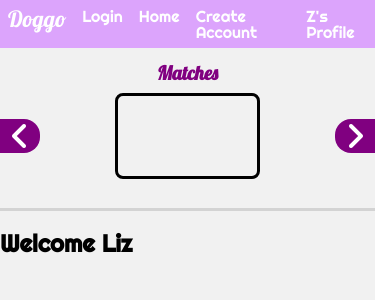
Repository: rh1456/capstone
Page: /1
An editor plug-in stored every save of this project. The page is shown before and after the next save, followed by the edit.
The browser window is 375 px wide. The pictures show the whole page.
Some web libraries are served in a nearby version. The project was rebuilt for these pictures with package versions that can differ from the ones it lists, and the page was loaded fresh each time. Also part of the build but not shown: src/pages/DoggoLandingPage.jsx, src/pages/CreateAccout.jsx, src/pages/DogProfile.jsx.

Above is the page before, as saved 2019-12-19 13:42:47.

### public/index.html
<!DOCTYPE html>
<html lang="en">
  <head>
    <meta charset="utf-8" />
    <link rel="shortcut icon" href="%PUBLIC_URL%/favicon.ico" />
    <meta
      name="viewport"
      content="width=device-width, initial-scale=1, shrink-to-fit=no"
    />
    <meta name="theme-color" content="#000000" />
    <!--
      manifest.json provides metadata used when your web app is added to the
      homescreen on Android. See https://developers.google.com/web/fundamentals/web-app-manifest/
    -->
    <link rel="manifest" href="%PUBLIC_URL%/manifest.json" />
    <!--
      Notice the use of %PUBLIC_URL% in the tags above.
      It will be replaced with the URL of the `public` folder during the build.
      Only files inside the `public` folder can be referenced from the HTML.

      Unlike "/favicon.ico" or "favicon.ico", "%PUBLIC_URL%/favicon.ico" will
      work correctly both with client-side routing and a non-root public URL.
      Learn how to configure a non-root public URL by running `npm run build`.
    -->
    <link
      href="https://fonts.googleapis.com/css?family=Pacifico|Permanent+Marker|Righteous|Roboto&display=swap"
      rel="stylesheet"
    />
    <link
      href="https://fonts.googleapis.com/css?family=Lobster&display=swap"
      rel="stylesheet"
    />
    <script
      src="https://kit.fontawesome.com/d7373701d1.js"
      crossorigin="anonymous"
    ></script>
    <title>Capstone</title>
  </head>
  <body>
    <noscript>
      You need to enable JavaScript to run this app.
    </noscript>
    <div id="root"></div>
    <!--
      This HTML file is a template.
      If you open it directly in the browser, you will see an empty page.

      You can add webfonts, meta tags, or analytics to this file.
      The build step will place the bundled scripts into the <body> tag.

      To begin the development, run `npm start` or `yarn start`.
      To create a production bundle, use `npm run build` or `yarn build`.
    -->
  </body>
</html>

### src/index.css
@media (min-width: 320px) and (max-width: 480px) {
  :root {
    font: 16px / 1 sans-serif;
  }

  html {
    height: 100%;
  }
  body {
    margin: 0;
    min-height: 100%;
    background-color: #f1f1f1;
    font-family: 'Righteous', cursive;
  }
  .nav-bar-ul {
    display: flex;
    flex-direction: row;
    justify-content: space-between;
    margin: 0;
    height: 3rem;
    background-color: #dca4fc;
    padding: 0;
  }
  nav li {
    list-style: none;
    padding: 0.5rem;
    color: white;
  }
  .nav-logo {
    font-size: 1.4rem;
    font-family: 'Lobster', cursive;
  }
  .Nav-link {
    color: white;
    text-decoration: none;
  }
  /* Dog profile Stylings */
  .dog-profile-image {
    display: flex;
    justify-content: center;
    /* border-bottom: solid lightgrey; */
  }
  .before-div {
    border: solid black;
    display: block;
    height: 18px;
    border-radius: 50% 50% 0 0;

    bottom: calc(100% - 10px);
    right: -5px;
    left: -5px;
    background-color: blue;
  }
  .profile-image {
    height: 12rem;
    width: 8rem;
    margin: 0;
    border-radius: 8px;
    margin: 0.7rem;
  }
  .profile-about {
    display: flex;
    flex-direction: column;
    height: 5rem;
    font-size: 0.7rem;
  }
  .profile-about h1 {
    align-self: center;
  }
  .profile-about span {
    align-self: center;
    padding: 0.1rem;
  }
  .in-between {
    border-top: solid lightgrey;
    border-bottom: solid lightgrey;
    height: 3rem;
    display: flex;
    justify-content: center;
  }
  .main-about {
    border-bottom: solid lightgrey;
  }
  .profile-logo {
    margin: 0.5rem;
    height: 2rem;
    width: auto;
  }
  .meet {
    display: flex;
    flex-direction: column;
  }
  .meet h1 {
    align-self: center;
  }
  .meet p {
    padding: 1rem;
    font-size: 0.9rem;
    align-self: center;
  }
  .small-pro-pic {
    align-self: center;
    height: 4rem;
    width: auto;
    border: 2px solid black;
    border-radius: 50%;
    margin-top: 0.8rem;
  }
  .match-button {
    align-self: center;
    background-color: purple;
    height: 1.8rem;
    width: 8rem;
    border-radius: 25px;
    border: 3px solid black;
    color: white;
  }

  /* Dog Landing Stylings */
  .doggo-landing-body {
    margin: 0;
    min-height: 100%;
    background-color: #f1f1f1;
    font-family: 'Righteous', cursive;
  }
  .landing-page-logo {
    display: flex;
    justify-content: center;
    align-content: center;
    flex-direction: column;
  }
  .doggo-logo {
    height: 180px;
    width: 238px;
    align-self: center;
  }
  .doggo-text-section {
    padding-top: 2rem;
    padding-bottom: 2rem;
  }
  .doggo-text {
    display: flex;
    justify-content: center;
    align-content: center;
    font-size: 2rem;
  }

  .landing-button {
    display: flex;
    justify-content: center;
    align-content: center;
  }
  .create-account {
    background-color: purple;
    height: 3rem;
    width: 15rem;
    border-radius: 25px;
    border: 3px solid black;
    color: white;
    font-family: 'Roboto', sans-serif;
  }
  .existing-users {
    display: flex;
    padding-top: 3rem;
    justify-content: center;
    align-content: center;
  }
  /* Create Account Stylings */
  .create-account-div {
    display: flex;
    flex-direction: column;
    font-size: 2rem;
  }
  .submit-account {
    margin-top: 1rem;
    align-self: center;
    background-color: purple;
    height: 1.8rem;
    width: 8rem;
    border-radius: 25px;
    border: 3px solid black;
    color: white;
  }

  /* Newsfeed Stylings */
  .h1-container {
    display: flex;
    justify-content: center;
    font-size: 0.8rem;
    color: purple;
    height: 1rem;
    font-family: 'Lobster', cursive;
  }
  .newsfeed-header {
    display: flex;
    flex-direction: row;
    justify-content: space-between;
    align-items: center;
    border-bottom: solid lightgrey;
    height: 9rem;
  }
  .friend-card {
    border: solid black;
    align-self: center;
    margin: 1rem 3rem;
    padding-left: 0.8rem;
    padding-right: 0.8rem;
    border-radius: 0.5rem;
    flex-basis: 30%;
    height: 5rem;
    /* width: 1rem; */
  }
  .feed-head-left-button,
  .feed-head-right-button {
    display: flex;
    justify-content: center;
    align-content: center;
    color: white;
    font-size: 2rem;
    width: 2.5rem;
    margin: 4rem 0rem;
    background-color: purple;
    border: none;
  }
  .feed-head-left-button {
    border-radius: 0rem 1rem 1rem 0rem;
  }
  .feed-head-right-button {
    border-radius: 1rem 0rem 0rem 1rem;
  }
  .welcome-user-message {
    display: flex;
  }
  .welcome-user-message h1 {
    align-self: center;
  }
}

### src/App.jsx
import React from 'react'
import { BrowserRouter as Router, Link, Route, Switch } from 'react-router-dom'
import MainPage from './pages/MainPage'
import DoggoLandingPage from './pages/DoggoLandingPage'
import CreateAccount from './pages/CreateAccout'
import DogProfile from './pages/DogProfile'

const App = () => {
  return (
    <Router>
      <header>
        <nav>
          <ul className="nav-bar-ul">
            <li className="nav-logo">Doggo</li>
            <li>
              <Link className="Nav-link" to="/">
                Login
              </Link>
            </li>
            <li>
              <Link className="Nav-link" to="/1">
                Home
              </Link>
            </li>
            <li>
              <Link className="Nav-link" to="/2">
                Create Account
              </Link>
            </li>
            <li>
              <Link className="Nav-link" to="/3">
                Z's Profile
              </Link>
            </li>
          </ul>
        </nav>
      </header>
      <Switch>
        <Route exact path="/" component={DoggoLandingPage}></Route>
        <Route exact path="/1" component={MainPage}></Route>
        <Route exact path="/2" component={CreateAccount}></Route>
        <Route path="/3" component={DogProfile}></Route>
      </Switch>
    </Router>
  )
}

export default App

### src/pages/MainPage.jsx
import React from 'react'

const MainPage = () => {
  return (
    <div className="news-feed-body">
      <section className="h1-container">
        <h1 className="matches-h1">Matches</h1>
      </section>
      <header className="newsfeed-header">
        <button className="feed-head-left-button">
          <i class="fas fa-angle-left"></i>
        </button>
        <div className="friend-card"></div>
        <button className="feed-head-right-button">
          <i class="fas fa-angle-right"></i>
        </button>
      </header>
      <section className="welcome-user-message">
        <h1 className="welcome-h1">
          Welcome <span>Liz</span>
        </h1>
      </section>
      <section className="newsfeed"></section>
    </div>
  )
}

export default MainPage

Loaded but not shown: src/index.js (common file)

After the next save:
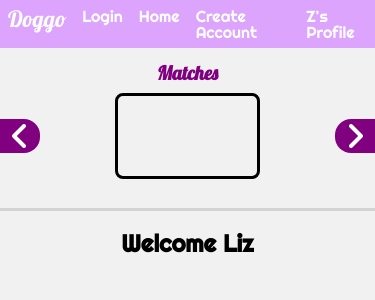
Saved 18 s later.
--- a/src/index.css
+++ b/src/index.css
@@ -230,8 +230,6 @@
   }
   .welcome-user-message {
     display: flex;
-  }
-  .welcome-user-message h1 {
-    align-self: center;
+    justify-content: center;
   }
 }
